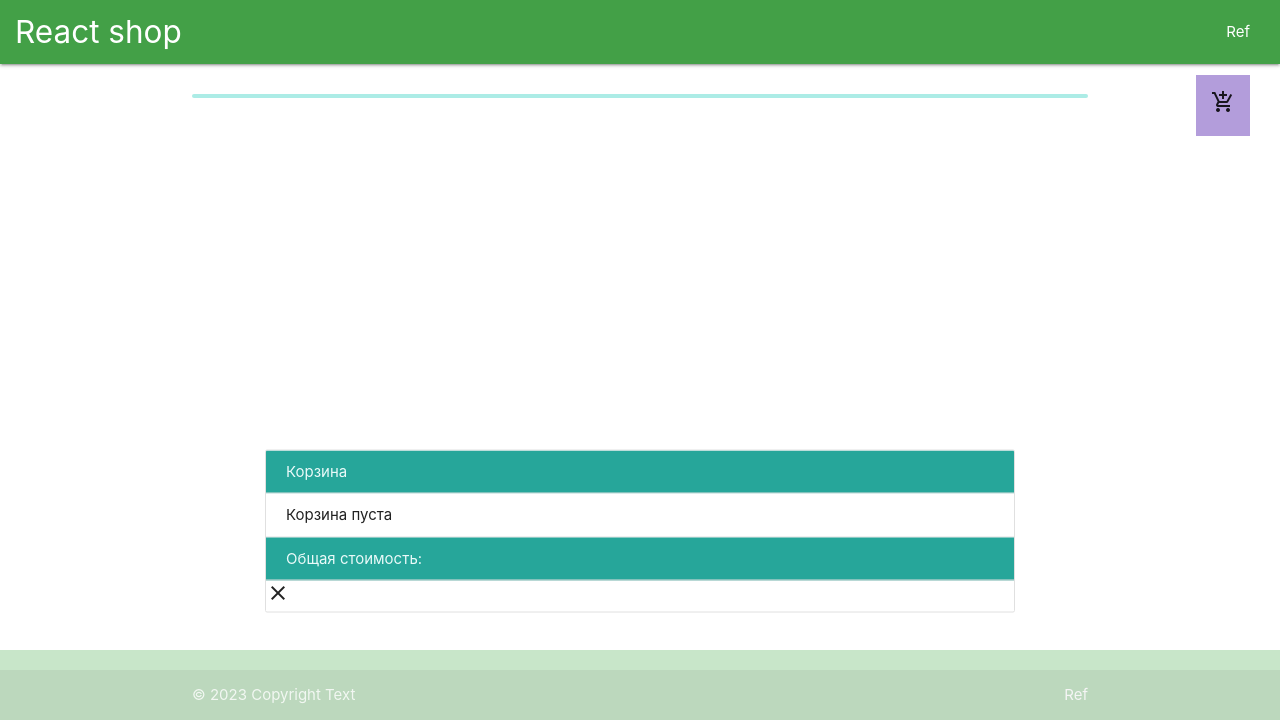
Repository: qui-qui-qui/online-shop
Page: /, after clicking the first element matching `div.cart`
These files come from the project's save history. The page is drawn as it stood at one moment and after the next save; the edit follows.
The browser window is 1280 px wide. The pictures show the whole page.
The page's requests for data from a server got no answer. The project was rebuilt for these pictures with package versions that can differ from the ones it lists, and the page was loaded fresh each time. No one was signed in, and anything a server would have sent is missing. Also part of the build but not shown: src/components/GoodsItem.jsx, src/components/GoodsList.jsx, src/components/BasketItem.jsx.

Above is the page before, as saved 2023-01-07 17:43:57.

### public/index.html
<!DOCTYPE html>
<html lang="en">
  <head>
    <meta charset="utf-8" />
    <link rel="icon" href="%PUBLIC_URL%/favicon.ico" />
    <meta name="viewport" content="width=device-width, initial-scale=1" />
    <meta name="theme-color" content="#000000" />
    <meta
      name="pet-project"
      content="react shop"
    />
    <link rel="apple-touch-icon" href="%PUBLIC_URL%/logo192.png" />
    <link rel="manifest" href="%PUBLIC_URL%/manifest.json" />
    <title>React Shop</title>
    <link rel="stylesheet" href="https://cdnjs.cloudflare.com/ajax/libs/materialize/1.0.0/css/materialize.min.css">
    <link href="https://fonts.googleapis.com/icon?family=Material+Icons" rel="stylesheet">
  </head>
  <body>
    <noscript>You need to enable JavaScript to run this app.</noscript>
    <div id="root"></div>
  </body>
</html>

### src/index.css
body {
  margin: 0;
  font-family: -apple-system, BlinkMacSystemFont, 'Segoe UI', 'Roboto', 'Oxygen',
    'Ubuntu', 'Cantarell', 'Fira Sans', 'Droid Sans', 'Helvetica Neue',
    sans-serif;
  -webkit-font-smoothing: antialiased;
  -moz-osx-font-smoothing: grayscale;
}


nav {
  padding: 0 1rem;
}

.content {
  min-height: calc(100vh - 70px - 64px);
  padding: 1.5rem 0;
}

.goods {
  display: grid;
  grid-template-columns: repeat(auto-fill, minmax(250px, 1fr));
  gap: 1rem
}

.card {
  display: flex;
  flex-direction: column;
}

.card-content {
  flex-grow: 1;
}

.cart {
  position: fixed;
  bottom: 2rem;
  right: 2rem;

  cursor: pointer;
  z-index: 5;
  padding: 1rem;
}
@media (min-width: 767px) {
  .cart {
    top: 5rem;
    bottom: unset;
  }
}

.basket-list {
  position: fixed;
  top: 50%;
  left: 50%;
  transform: translate(-50%, 50%);

  background-color: #fff;
  width: 50rem;
  max-width: 95%;

  box-shadow: inset;
}

.basket-close {

}

### src/App.js
import { Header } from "./components/Header";
import { Footer } from "./components/Footer";
import { Shop } from "./components/Shop";

function App() {
  return (
    <>
      <Header />
      <Shop />
      <Footer />
    </>
  );
}

export default App;

### src/components/Header.jsx
function Header() {
    return <nav className="green darken-1">
      <div className="nav-wrapper">
        <a href="!#" className="brand-logo left">React shop</a>
        <ul id="nav-mobile" className="right">
          <li><a href="!#">Ref</a></li>
        </ul>
      </div>
  </nav>
}

export {Header}

### src/components/Footer.jsx
function Footer() {
    return <footer className="page-footer green lighten-4">
    <div className="footer-copyright">
      <div className="container">
      © {new Date().getFullYear()} Copyright Text
      <a className="grey-text text-lighten-4 right" href="#!">Ref</a>
      </div>
    </div>
  </footer>
}

export {Footer}

### src/components/Shop.jsx
import { useState, useEffect } from "react";
import { API_KEY, API_URL } from "../config";
import { Preloader } from "./Preloader";
import { GoodsList } from "./GoodsList";
import { Cart } from "./Cart";
import { BasketList } from "./BasketList";

function Shop() {
  const [goods, setGoods] = useState([]);
  const [loading, setLoading] = useState(true);
  const [order, setOrder] = useState([]);
  const [isBasketShow, setBasketShow] = useState(false);


  const addToBasket = (item) => {
    const itemIndex = order.findIndex((orderItem) => orderItem.id === item.id);

    if (itemIndex < 0) {
      const newItem = {
        ...item,
        quantity: 1,
      };
      setOrder([...order, newItem]);
    } else {
      const newOrder = order.map((orderItem, index) => {
        if (index === itemIndex) {
          return {
            ...orderItem,
            quantity: orderItem.quantity + 1,
          };
        } else {
          return orderItem;
        }
      });

      setOrder(newOrder);
    }
  };

  const handleBasketShow = () => {
    setBasketShow(!isBasketShow);
  }

  useEffect(function getGoods() {
    fetch(API_URL, {
      headers: {
        Authorization: API_KEY,
      },
    })
      .then((response) => response.json())
      .then((data) => {
        data.featured && setGoods(data.featured);
        setLoading(false);
      });
  }, []);

  return (
    <main className="container content">
      <Cart quantity={order.length} handleBasketShow={handleBasketShow}/>
      {loading ? (
        <Preloader />
      ) : (
        <GoodsList goods={goods} addToBasket={addToBasket} />
      )}
      {
        isBasketShow && <BasketList order={order} handleBasketShow={handleBasketShow}/>
      }
    </main>
  );
}

export { Shop };

### src/config.js
const API_KEY = '6c6ecc31-c6e59085-63220236-a525db2c';

const API_URL = 'https://fortniteapi.io/v1/shop?lang=ru';

export {
    API_KEY,
    API_URL
};

### src/components/Preloader.jsx
function Preloader() {
  return (
    <div className="progress">
      <div className="interminate"></div>
    </div>
  );
}

export { Preloader };

### src/components/Cart.jsx
function Cart(props) {
    const {quantity = 0, handleBasketShow = Function.prototype} = props;

    return (
        <div className="cart deep-purple lighten-3" onClick={handleBasketShow}>
            <i className="material-icons">add_shopping_cart</i>
            {quantity ? (
                <span className="cart-quantity">{quantity}</span>
            ) : null}
        </div>
    )
}

export {Cart};

### src/components/BasketList.jsx
import { BasketItem } from "./BasketItem";

function BasketList(props) {
  const { order, handleBasketShow = Function.prototype } = props;

  return (
    <ul class="collection basket-list">
      <li class="collection-item active">Корзина</li>
      {order.length ? (
        order.map((item) => <BasketItem key={item.id} {...item} />)
      ) : (
        <li class="collection-item">Корзина пуста</li>
      )}
      <li class="collection-item active">Общая стоимость:</li>
      <i className="material-icons basket-close" onClick={handleBasketShow}>close</i>
    </ul>
  );
}

export { BasketList };

Loaded but not shown: src/index.js (common file)

After the next save:
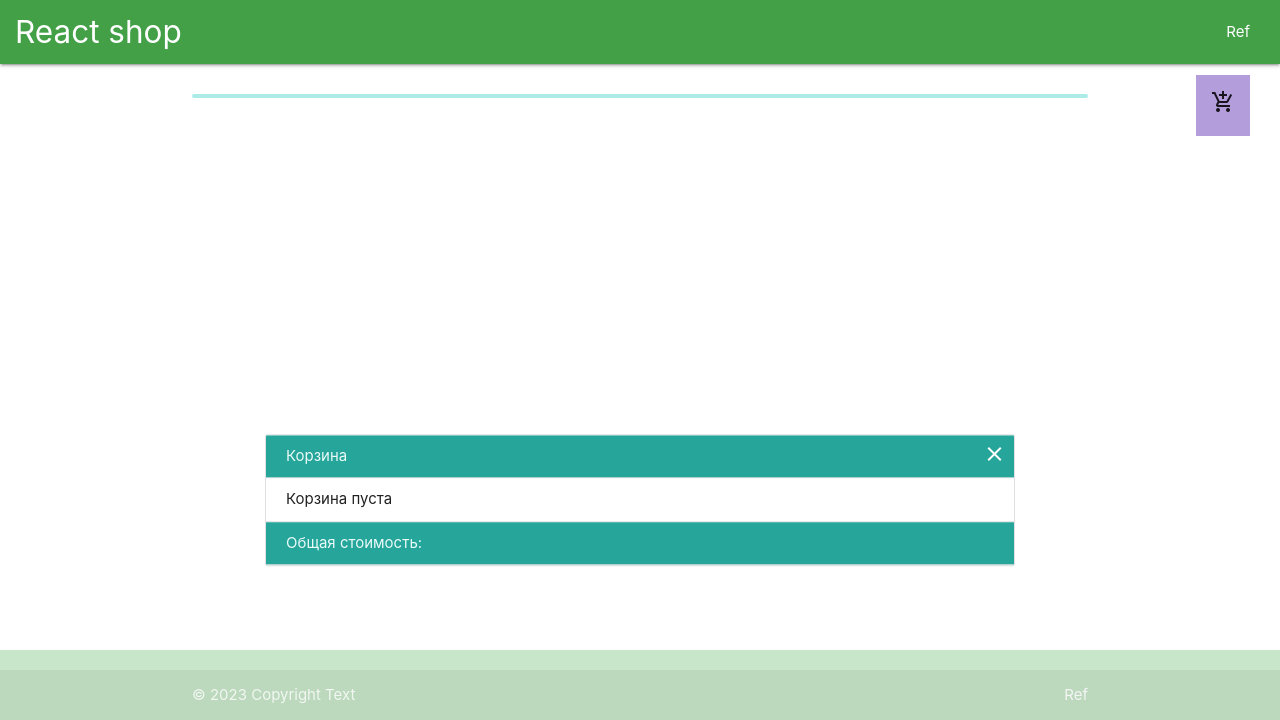
Saved 102 s later.
--- a/src/index.css
+++ b/src/index.css
@@ -62,5 +62,9 @@ nav {
 }
 
 .basket-close {
-
+  cursor: pointer;
+  position: absolute;
+  top: 0.5rem;
+  right: 0.5rem;
+  color: white;
 }
